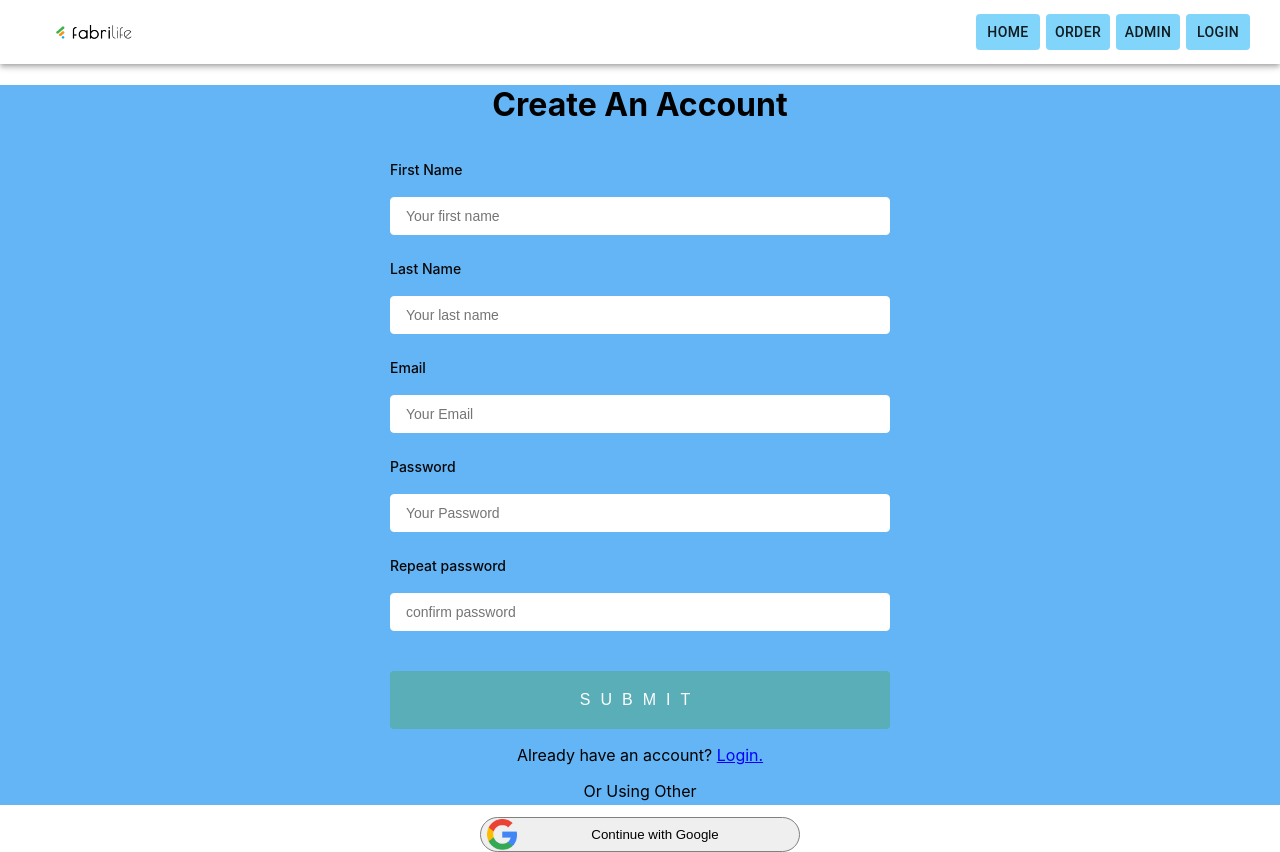
Repository: arif286/fabrilife-E-commerce-client-site
Page: /login
The author's editor kept a copy of each file at every save. The page is drawn from the files as they stood at one save, then again after the next save.
The browser window is 1280 px wide. The pictures show the whole page.
The project was rebuilt for these pictures with package versions that can differ from the ones it lists, and the page was loaded fresh each time. Also part of the build but not shown: src/components/Admin/Admin.css, src/components/Admin/AddEvent/AddEvent.css, src/components/Admin/AddEvent/AddEvent.js, src/components/Admin/ProductManage/ProductManage.js, src/components/Admin/Sidebar/Sidebar.css, src/components/Admin/Sidebar/Sidebar.js, src/components/Admin/Admin.js, src/components/CheckOut/CheckOut.css and 13 more.

Above is the page before, as saved 2021-04-01 03:22:27.

After the next save:
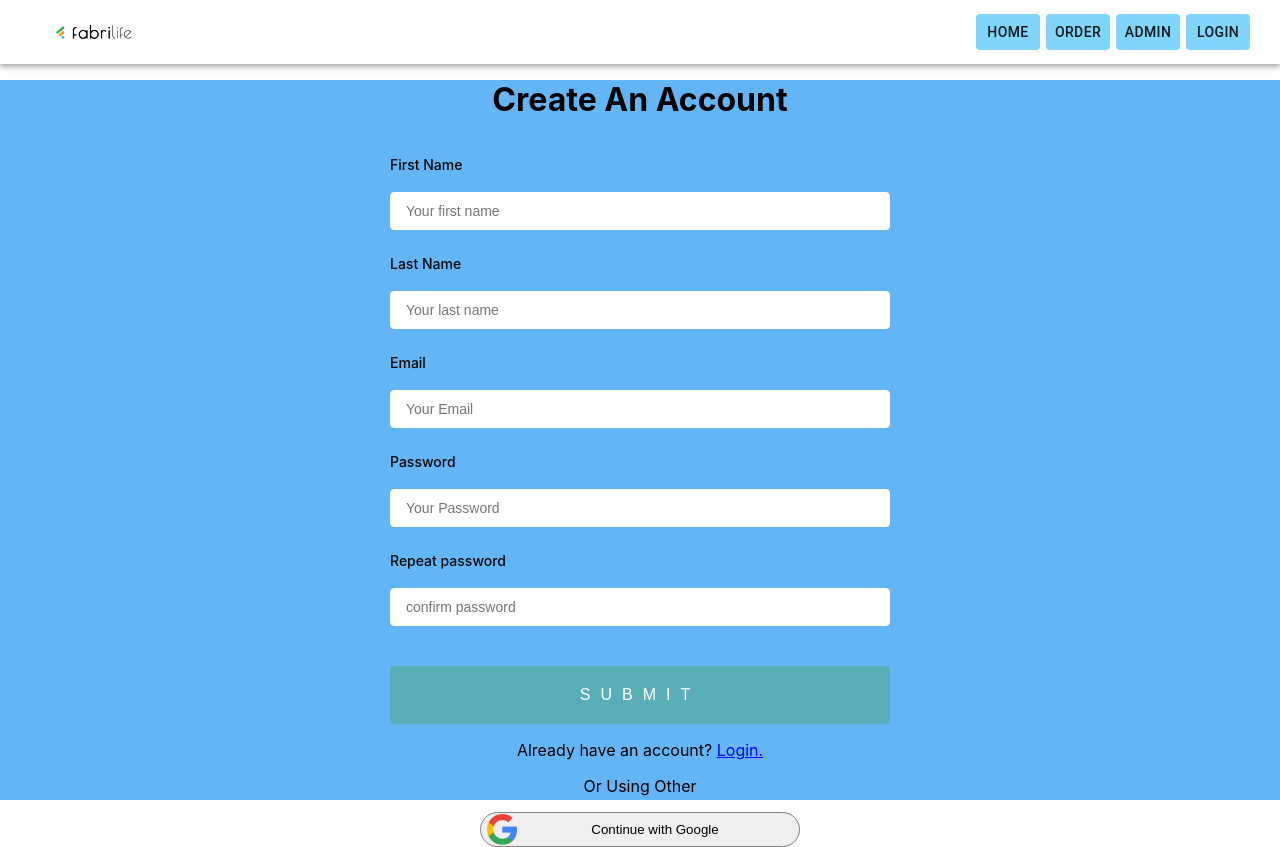
Saved 6 s later.
--- a/src/components/Login/Login.css
+++ b/src/components/Login/Login.css
@@ -88,5 +88,5 @@ button[type="submit"]:hover,
 .login-page {
   background-color: #64b5f6;
   height: 100vh;
-  margin-top: 0px;
+  margin-top: -5px;
 }
